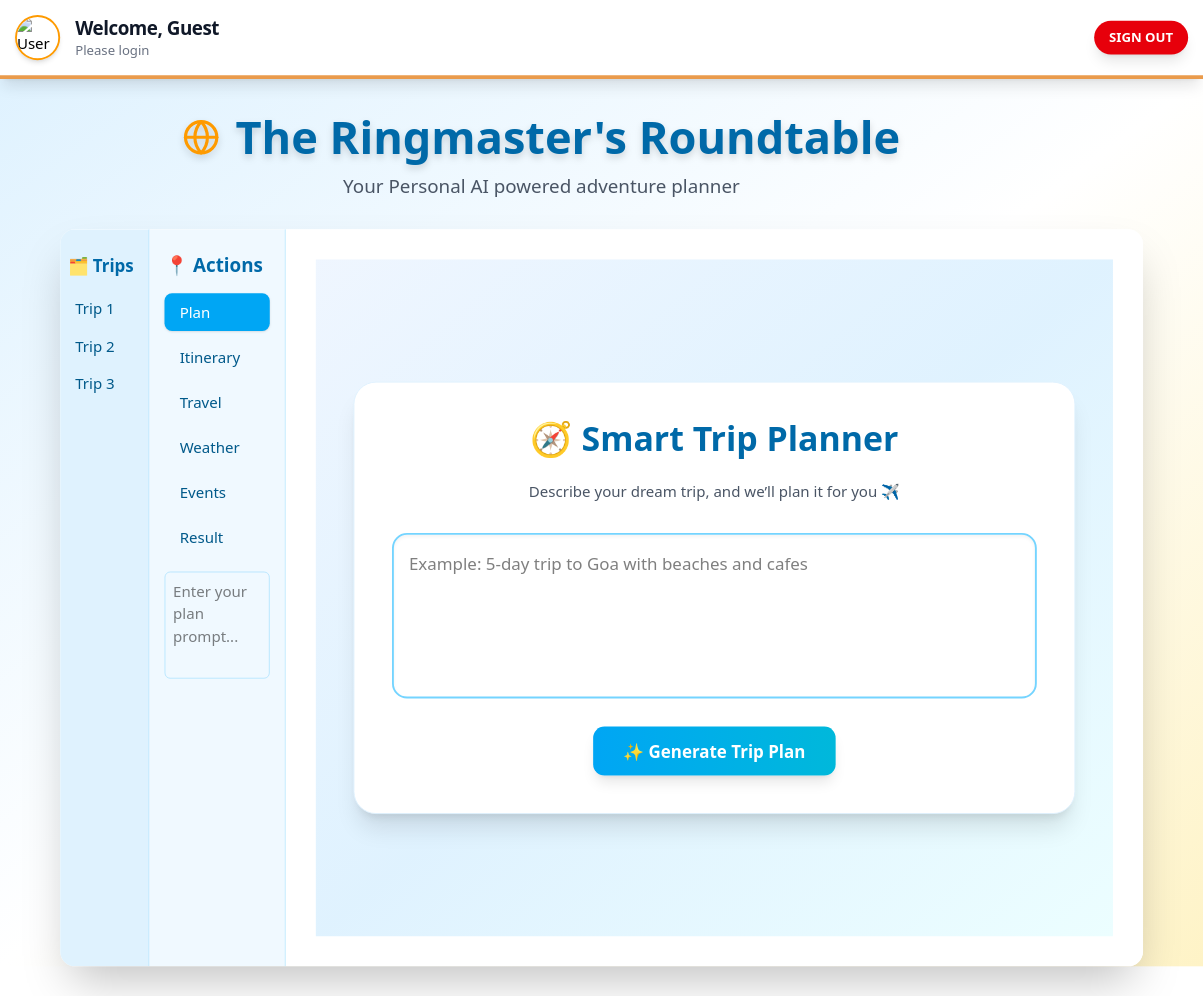
Repository: vega2006/The-Ringmaster-s-Roundtable
Page: /prompt (app in client/)
These files come from the project's save history. The page is drawn as it stood at one moment and after the next save; the edit follows.
The browser window is 1280 px wide. The pictures show the whole page, at 94% of full size.
The page's requests for data from a server got no answer. The project was rebuilt for these pictures with package versions that can differ from the ones it lists, and the page was loaded fresh each time. No one was signed in, and anything a server would have sent is missing. Also part of the build but not shown: client/vite.config.js, client/src/components/GoogleLogin.jsx, client/src/components/NotFound.jsx, client/src/components/Sidebar.jsx, client/src/components/PlanInput.jsx, client/src/components/WeatherContent.jsx, client/src/components/TravelContent.jsx, client/src/components/ItineraryContent.jsx and 8 more.

Above is the page before, as saved 2025-10-09 16:52:03.

After the next save:
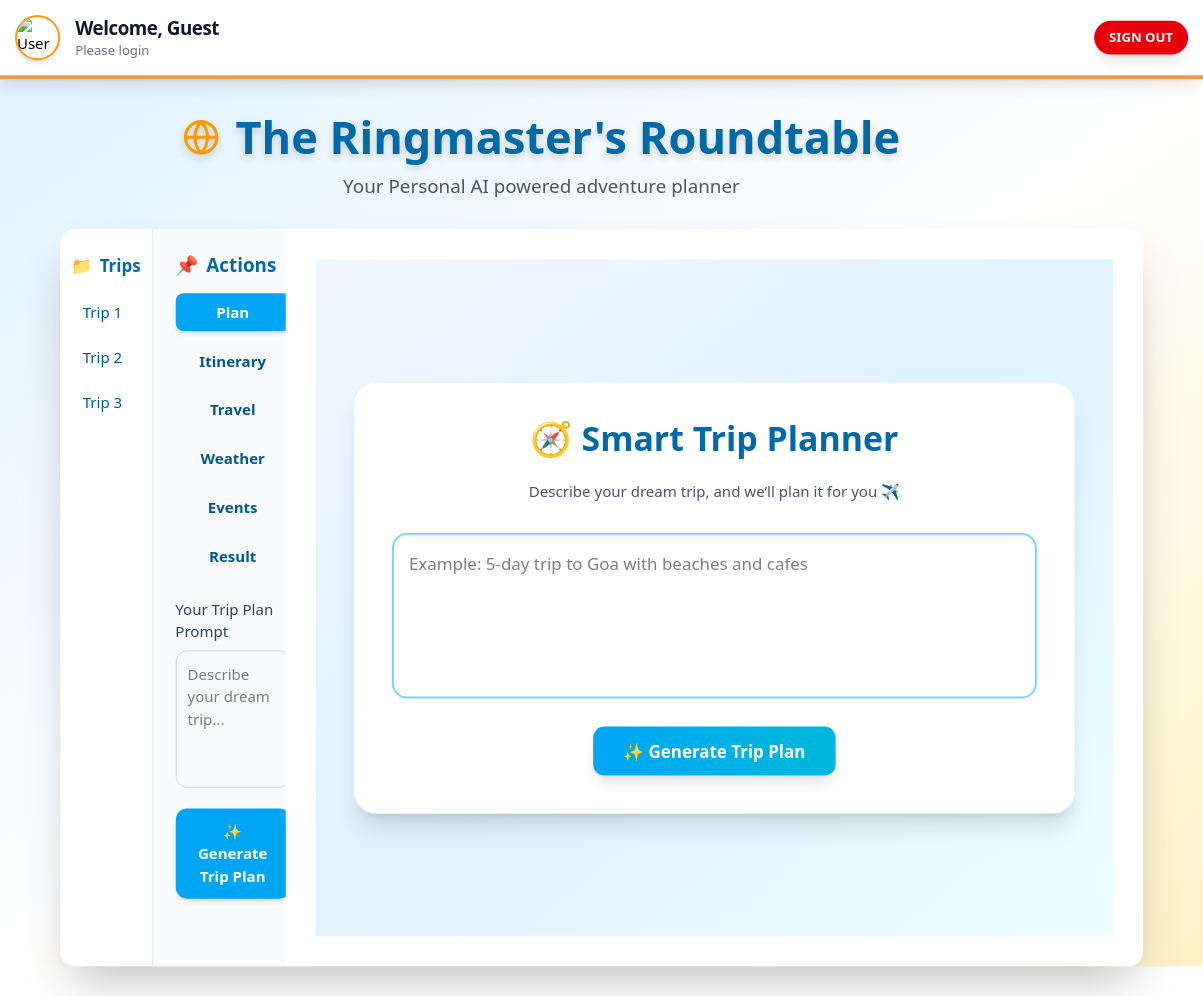
Saved 2 min 4 s later.
--- a/client/src/components/PromptBasedSideBar.jsx
+++ b/client/src/components/PromptBasedSideBar.jsx
@@ -4,10 +4,10 @@
 
 export default function PromptBasedSidebar({ userId }) {
   const { activeTab, setActiveTab, isResultAvailable } = useTrip();
-  const [activeTabId, setActiveTabId] = useState(null); // left sidebar selection
+  const [activeTabId, setActiveTabId] = useState(null);
   const [prompt, setPrompt] = useState("");
 
-  const tabIds = ["Trip 1", "Trip 2", "Trip 3"]; // example tabIds
+  const tabIds = ["Trip 1", "Trip 2", "Trip 3"];
   const tripIds = {
     "Trip 1": "trip_001",
     "Trip 2": "trip_002",
@@ -36,20 +36,20 @@
   };
 
   return (
-    <div className="flex h-full">
+    <div className="flex h-full bg-gray-50">
       {/* Left sidebar: Tab IDs */}
-      <aside className="w-32 bg-sky-100 border-r border-sky-200 py-6 px-2">
-        <h2 className="text-lg font-semibold mb-4 text-sky-700">🗂 Trips</h2>
+      <aside className="w-36 bg-white shadow-md border-r border-gray-200 py-6 px-3">
+        <h2 className="text-lg font-bold mb-4 text-sky-700 flex items-center gap-2">
+          <span>📁</span> Trips
+        </h2>
         <nav className="flex flex-col space-y-2">
           {tabIds.map((tabId) => (
             <button
               key={tabId}
               onClick={() => setActiveTabId(tabId)}
-              className={`px-2 py-1 text-left rounded-md font-medium transition-all ${
-                activeTabId === tabId
-                  ? "bg-sky-500 text-white shadow"
-                  : "hover:bg-sky-200 text-sky-800"
-              }`}
+              className={`px-3 py-2 text-left rounded-lg font-medium transition-all duration-200
+                ${activeTabId === tabId ? "bg-sky-500 text-white shadow-lg" : "hover:bg-sky-100 text-sky-800"}
+              `}
             >
               {tabId}
             </button>
@@ -58,9 +58,11 @@
       </aside>
 
       {/* Right sidebar: TABS */}
-      <aside className="w-48 bg-sky-50 border-r border-sky-200 py-6 px-4">
-        <h2 className="text-xl font-semibold mb-4 text-sky-700">📍 Actions</h2>
-        <nav className="flex flex-col space-y-2">
+      <aside className="flex-1 bg-gray-50 py-6 px-6">
+        <h2 className="text-xl font-bold mb-4 text-sky-700 flex items-center gap-2">
+          <span>📌</span> Actions
+        </h2>
+        <nav className="flex flex-col space-y-3">
           {TABS.map((tab) => (
             <button
               key={tab}
@@ -69,25 +71,33 @@
                 setActiveTab(tab);
                 if (tab === "Plan") handlePlan();
               }}
-              className={`px-4 py-2 text-left rounded-lg font-medium transition-all ${
-                activeTab === tab
-                  ? "bg-sky-500 text-white shadow"
-                  : "hover:bg-sky-100 text-sky-800"
-              } ${tab !== "Plan" && !isResultAvailable ? "opacity-50 cursor-not-allowed" : ""}`}
+              className={`px-4 py-2 rounded-lg font-semibold transition-all duration-200
+                ${activeTab === tab ? "bg-sky-500 text-white shadow-md" : "hover:bg-sky-100 text-sky-800"}
+                ${tab !== "Plan" && !isResultAvailable ? "opacity-50 cursor-not-allowed" : ""}
+              `}
             >
               {tab}
             </button>
           ))}
         </nav>
 
-        {/* Optional prompt input */}
-        <textarea
-          value={prompt}
-          onChange={(e) => setPrompt(e.target.value)}
-          placeholder="Enter your plan prompt..."
-          className="mt-4 w-full p-2 border border-sky-200 rounded-md resize-none"
-          rows={4}
-        />
+        {/* Prompt Input */}
+        <div className="mt-6">
+          <label className="block mb-2 font-medium text-gray-700">Your Trip Plan Prompt</label>
+          <textarea
+            value={prompt}
+            onChange={(e) => setPrompt(e.target.value)}
+            placeholder="Describe your dream trip..."
+            className="w-full p-3 border border-gray-300 rounded-xl focus:outline-none focus:ring-2 focus:ring-sky-400 resize-none"
+            rows={5}
+          />
+          <button
+            onClick={handlePlan}
+            className="mt-4 px-6 py-3 bg-sky-500 text-white rounded-xl font-semibold hover:bg-sky-600 transition-all duration-200 shadow-md"
+          >
+            ✨ Generate Trip Plan
+          </button>
+        </div>
       </aside>
     </div>
   );

After the save that followed:
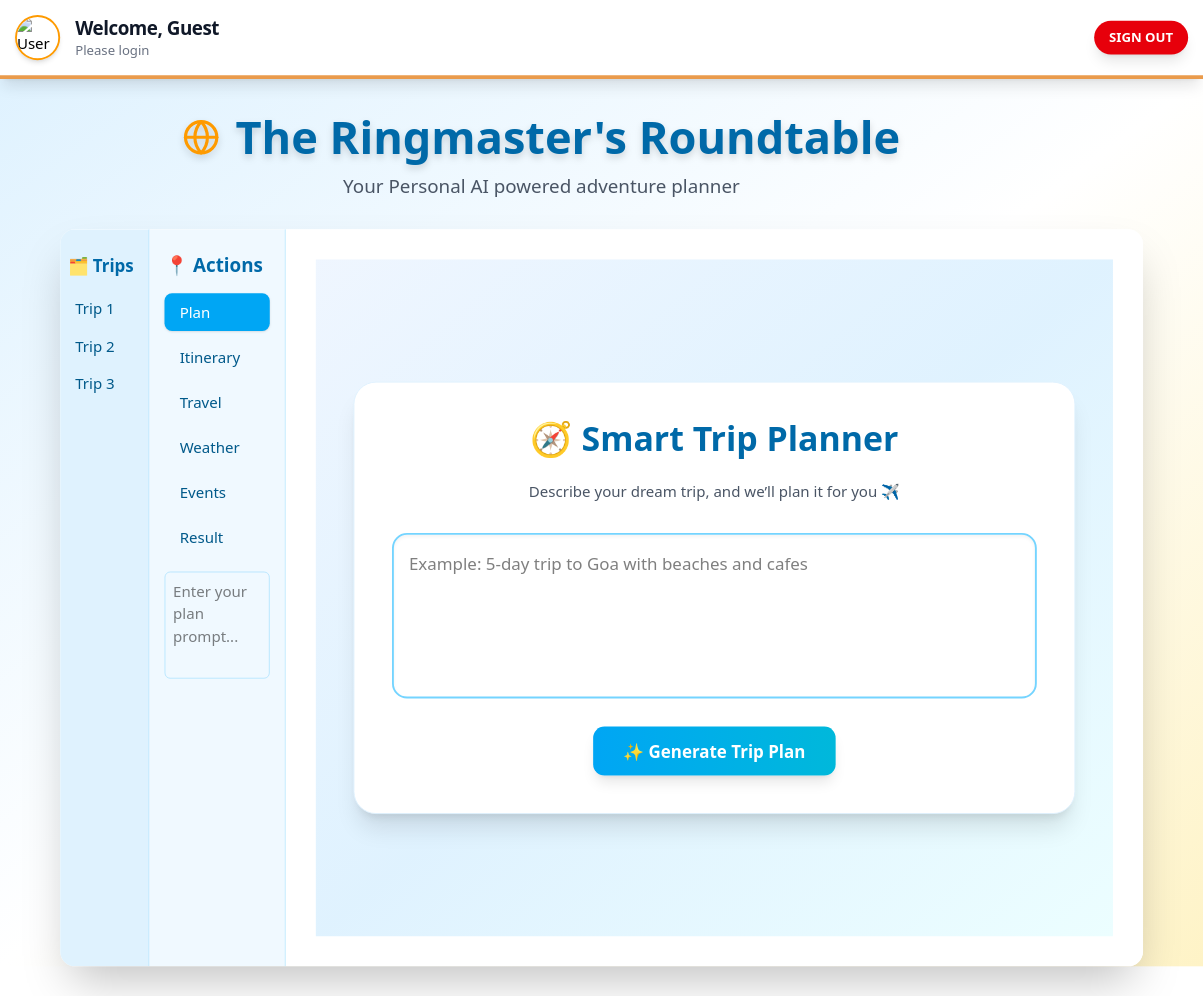
Saved 25 s later.
--- a/client/src/components/PromptBasedSideBar.jsx
+++ b/client/src/components/PromptBasedSideBar.jsx
@@ -4,10 +4,10 @@
 
 export default function PromptBasedSidebar({ userId }) {
   const { activeTab, setActiveTab, isResultAvailable } = useTrip();
-  const [activeTabId, setActiveTabId] = useState(null);
+  const [activeTabId, setActiveTabId] = useState(null); // left sidebar selection
   const [prompt, setPrompt] = useState("");
 
-  const tabIds = ["Trip 1", "Trip 2", "Trip 3"];
+  const tabIds = ["Trip 1", "Trip 2", "Trip 3"]; // example tabIds
   const tripIds = {
     "Trip 1": "trip_001",
     "Trip 2": "trip_002",
@@ -36,20 +36,20 @@
   };
 
   return (
-    <div className="flex h-full bg-gray-50">
+    <div className="flex h-full">
       {/* Left sidebar: Tab IDs */}
-      <aside className="w-36 bg-white shadow-md border-r border-gray-200 py-6 px-3">
-        <h2 className="text-lg font-bold mb-4 text-sky-700 flex items-center gap-2">
-          <span>📁</span> Trips
-        </h2>
+      <aside className="w-32 bg-sky-100 border-r border-sky-200 py-6 px-2">
+        <h2 className="text-lg font-semibold mb-4 text-sky-700">🗂 Trips</h2>
         <nav className="flex flex-col space-y-2">
           {tabIds.map((tabId) => (
             <button
               key={tabId}
               onClick={() => setActiveTabId(tabId)}
-              className={`px-3 py-2 text-left rounded-lg font-medium transition-all duration-200
-                ${activeTabId === tabId ? "bg-sky-500 text-white shadow-lg" : "hover:bg-sky-100 text-sky-800"}
-              `}
+              className={`px-2 py-1 text-left rounded-md font-medium transition-all ${
+                activeTabId === tabId
+                  ? "bg-sky-500 text-white shadow"
+                  : "hover:bg-sky-200 text-sky-800"
+              }`}
             >
               {tabId}
             </button>
@@ -58,11 +58,9 @@
       </aside>
 
       {/* Right sidebar: TABS */}
-      <aside className="flex-1 bg-gray-50 py-6 px-6">
-        <h2 className="text-xl font-bold mb-4 text-sky-700 flex items-center gap-2">
-          <span>📌</span> Actions
-        </h2>
-        <nav className="flex flex-col space-y-3">
+      <aside className="w-48 bg-sky-50 border-r border-sky-200 py-6 px-4">
+        <h2 className="text-xl font-semibold mb-4 text-sky-700">📍 Actions</h2>
+        <nav className="flex flex-col space-y-2">
           {TABS.map((tab) => (
             <button
               key={tab}
@@ -71,33 +69,25 @@
                 setActiveTab(tab);
                 if (tab === "Plan") handlePlan();
               }}
-              className={`px-4 py-2 rounded-lg font-semibold transition-all duration-200
-                ${activeTab === tab ? "bg-sky-500 text-white shadow-md" : "hover:bg-sky-100 text-sky-800"}
-                ${tab !== "Plan" && !isResultAvailable ? "opacity-50 cursor-not-allowed" : ""}
-              `}
+              className={`px-4 py-2 text-left rounded-lg font-medium transition-all ${
+                activeTab === tab
+                  ? "bg-sky-500 text-white shadow"
+                  : "hover:bg-sky-100 text-sky-800"
+              } ${tab !== "Plan" && !isResultAvailable ? "opacity-50 cursor-not-allowed" : ""}`}
             >
               {tab}
             </button>
           ))}
         </nav>
 
-        {/* Prompt Input */}
-        <div className="mt-6">
-          <label className="block mb-2 font-medium text-gray-700">Your Trip Plan Prompt</label>
-          <textarea
-            value={prompt}
-            onChange={(e) => setPrompt(e.target.value)}
-            placeholder="Describe your dream trip..."
-            className="w-full p-3 border border-gray-300 rounded-xl focus:outline-none focus:ring-2 focus:ring-sky-400 resize-none"
-            rows={5}
-          />
-          <button
-            onClick={handlePlan}
-            className="mt-4 px-6 py-3 bg-sky-500 text-white rounded-xl font-semibold hover:bg-sky-600 transition-all duration-200 shadow-md"
-          >
-            ✨ Generate Trip Plan
-          </button>
-        </div>
+        {/* Optional prompt input */}
+        <textarea
+          value={prompt}
+          onChange={(e) => setPrompt(e.target.value)}
+          placeholder="Enter your plan prompt..."
+          className="mt-4 w-full p-2 border border-sky-200 rounded-md resize-none"
+          rows={4}
+        />
       </aside>
     </div>
   );
